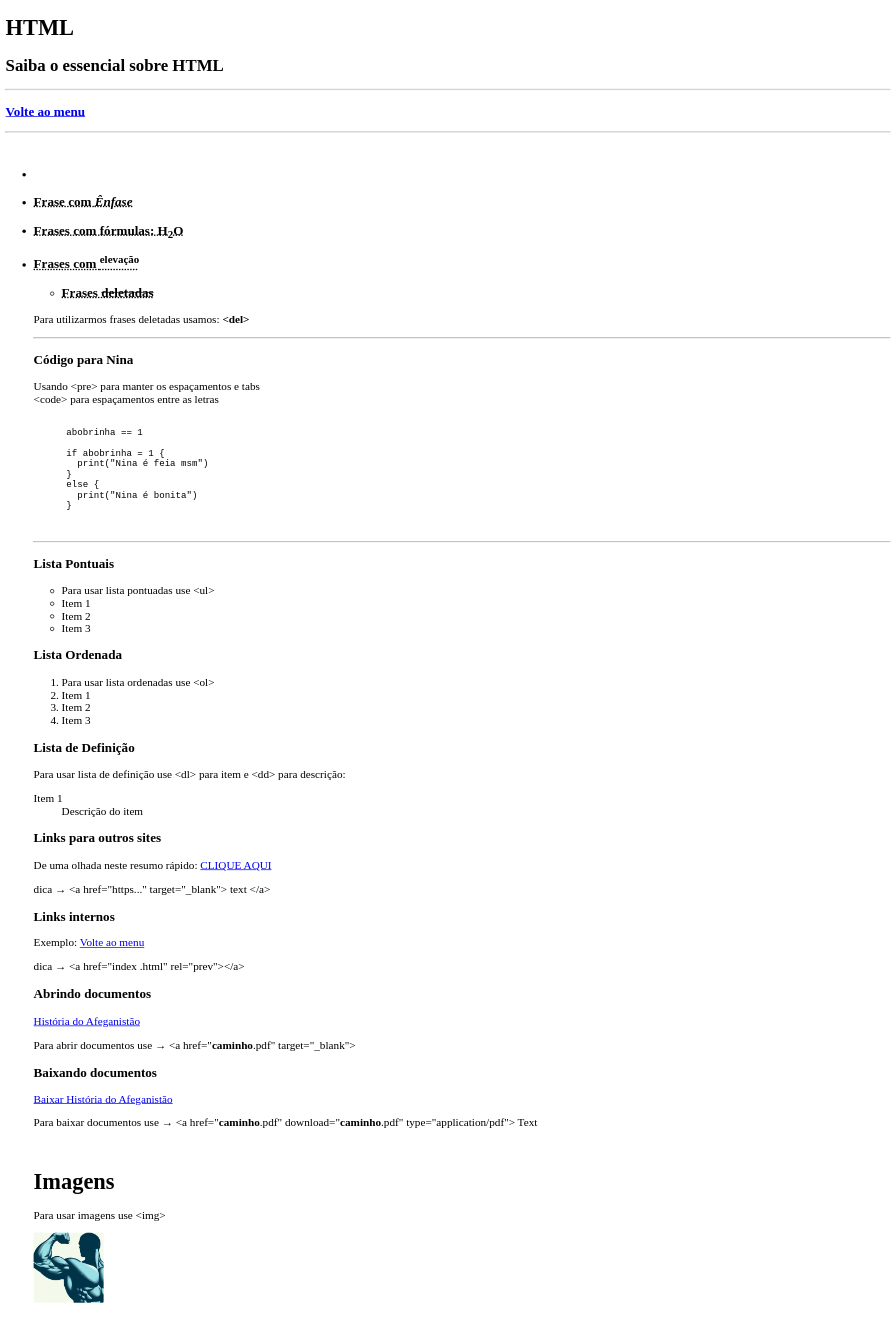
Repository: LuidyOn/Site_Forca_Total
Page: ForçaTotal/sobreHTML.html
An editor plug-in stored every save of this project. The page is shown before and after a run of saves, followed by the edit.
The browser window is 1280 px wide. The pictures show the whole page, at 70% of full size.

Above is the page before, as saved 2025-05-15 20:15:18.

After the next 4 saves:
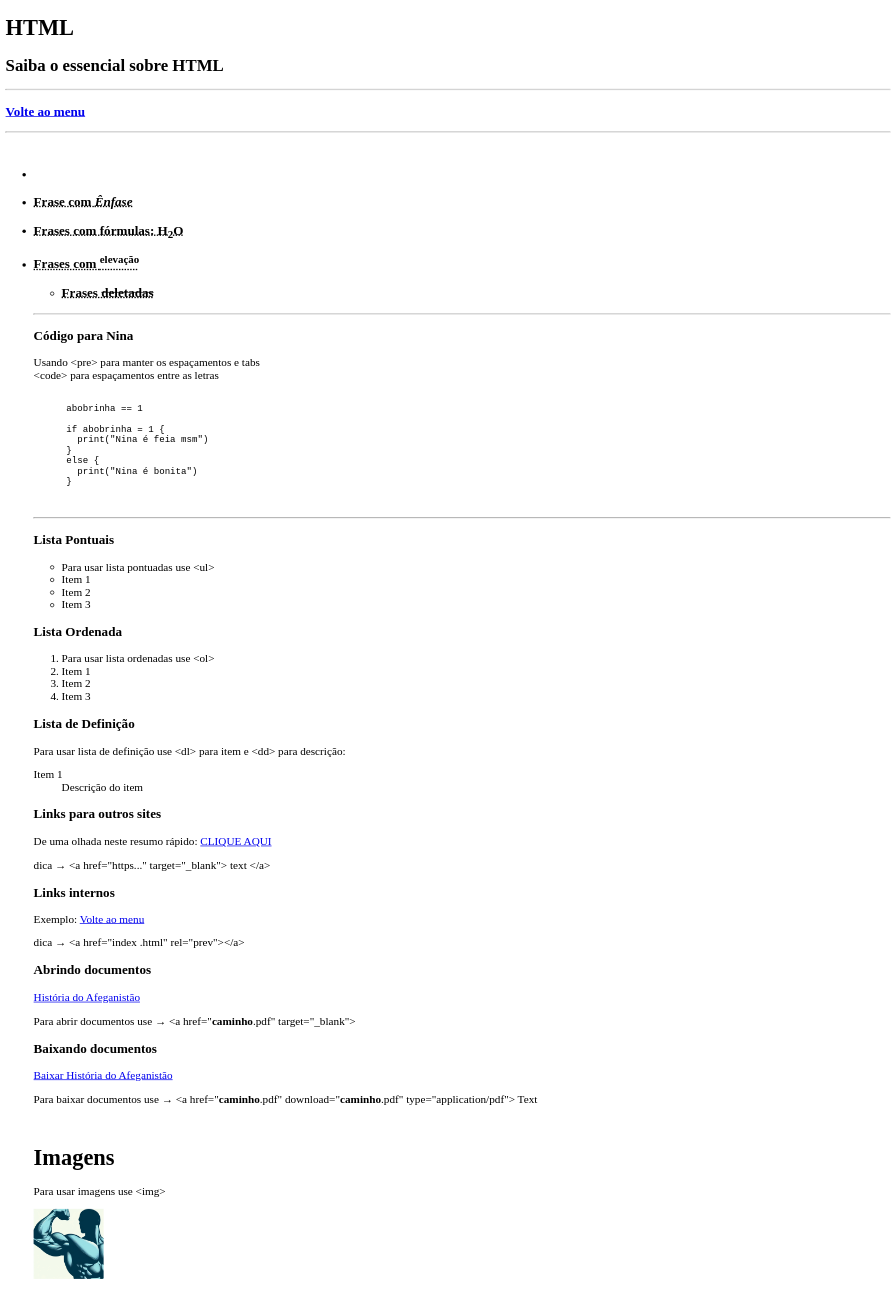
The 4 saves are shown as one change because they came seconds apart.
The last was saved 21 s later.
--- a/ForçaTotal/sobreHTML.html
+++ b/ForçaTotal/sobreHTML.html
@@ -26,9 +26,9 @@
 
   <ul><li><h3> <abbr title="Para utilizarmos frases com ênfase/superiores usamos: <sup></sup>">Frases com <sup>elevação</sup></h3> </abbr>
 
-  <ul><li><abbr title=""><h3>Frases <del>deletadas</del></h3></abbr></li></ul>
+  <ul><li><abbr title=" Para utilizarmos frases deletadas usamos: <strong>&lt;del&gt;</strong>"><h3>Frases <del>deletadas</del></h3></abbr></li></ul>
 
-  <p>Para utilizarmos frases deletadas usamos: <strong>&lt;del&gt;</strong></p>
+
 
   <hr>
 
